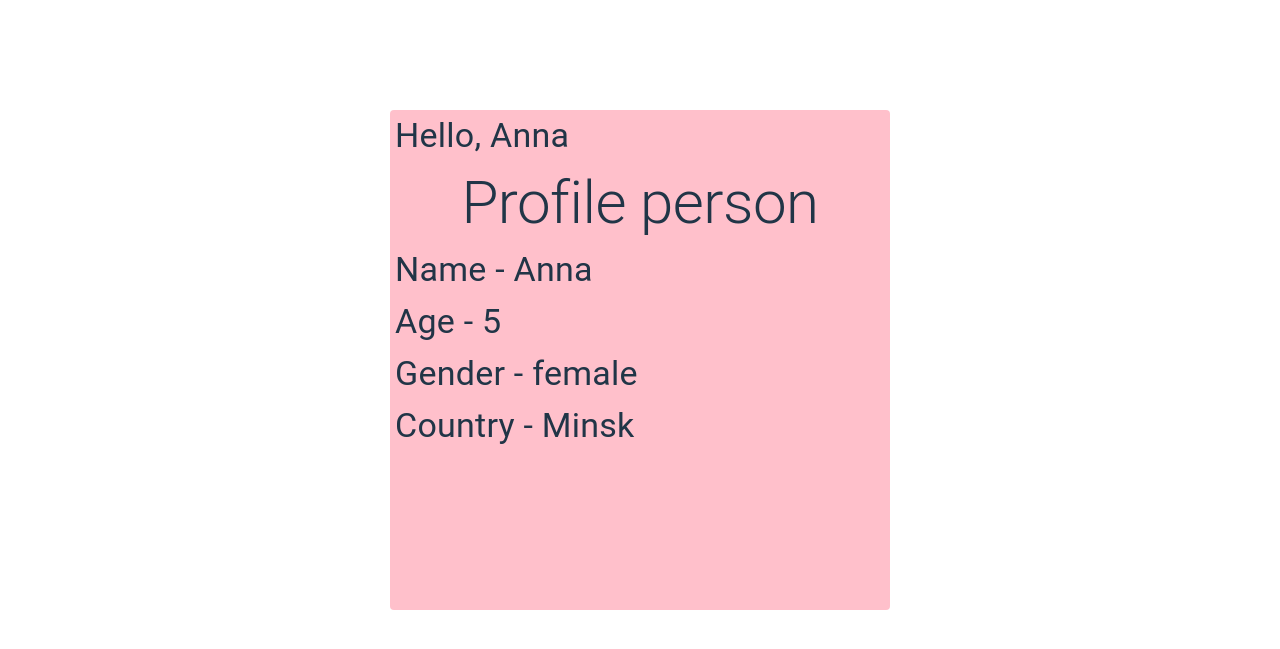
Repository: savannaaaas/props
Page: /
These files come from the project's save history. The page is drawn as it stood at one moment and after the next save; the edit follows.
The browser window is 1280 px wide. The pictures show the whole page.
The project was rebuilt for these pictures with package versions that can differ from the ones it lists, and the page was loaded fresh each time. Also part of the build but not shown: vite.config.js.

Above is the page before, as saved 2025-07-07 23:56:27.

### src/App.jsx
import "./App.css";
import Box from "@mui/material/Box";
import { Person1 } from "./components/Person1";
/**1. Создать 6 любых компонент.
2. В компоненты передать props следующих типов данных:
number
string
boolean
object
function
array
3. Использовать в компонентах каждый prop.
4. Сделать деструктуризацию props. */
function App() {
  const obj = { country: "Minsk" };
  const sayHello = (name) => ` Hello, ${name}`;
  return (
    <Box
      sx={{
        width: 500,
        height: 500,
        borderRadius: 1,
        bgcolor: "pink",
      }}
    >
      <Person1
        name={"Anna"}
        age={5}
        men={false}
        obj={obj}
        sayHello={sayHello}
      />
    </Box>
  );
}

export default App;

### src/components/Person1.jsx
import Typography from "@mui/material/Typography";
export const Person1 = ({ name, age, men, obj, sayHello }) => {
  return (
    <>
      <Typography variant="h4" align="left" style={{ padding: "5px" }}>
        {sayHello(name)}
      </Typography>
      <Typography variant="h2" align="center" style={{ padding: "5px" }}>
        Profile person
      </Typography>
      <Typography variant="h4" align="left" style={{ padding: "5px" }}>
        Name - {name}
      </Typography>
      <Typography variant="h4" align="left" style={{ padding: "5px" }}>
        Age - {age}
      </Typography>
      <Typography variant="h4" align="left" style={{ padding: "5px" }}>
        Gender - {men ? "men" : "female"}
      </Typography>
      <Typography variant="h4" align="left" style={{ padding: "5px" }}>
        Country - {obj.country}
      </Typography>
    </>
  );
};

Loaded but not shown: index.html (common file); src/main.jsx (common file); src/index.css (common file); src/App.css (common file)

After the next save:
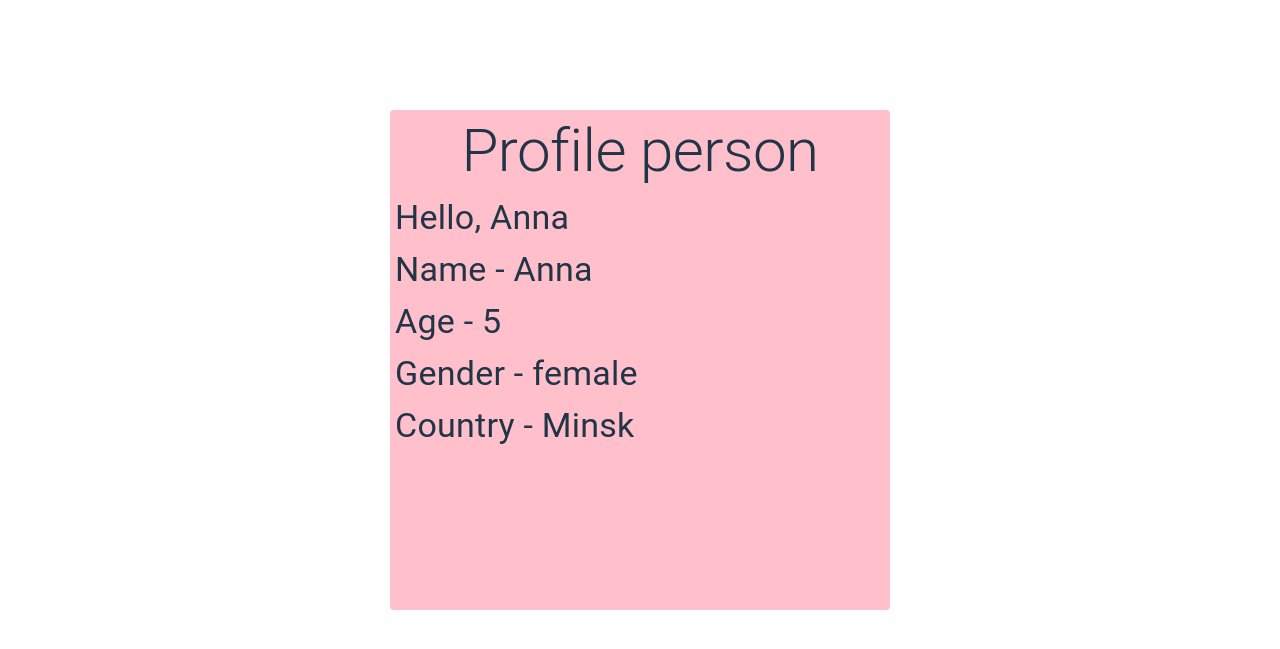
Saved 13 s later.
--- a/src/components/Person1.jsx
+++ b/src/components/Person1.jsx
@@ -2,12 +2,13 @@ import Typography from "@mui/material/Typography";
 export const Person1 = ({ name, age, men, obj, sayHello }) => {
   return (
     <>
+      <Typography variant="h2" align="center" style={{ padding: "5px" }}>
+        Profile person
+      </Typography>
       <Typography variant="h4" align="left" style={{ padding: "5px" }}>
         {sayHello(name)}
       </Typography>
-      <Typography variant="h2" align="center" style={{ padding: "5px" }}>
-        Profile person
-      </Typography>
+
       <Typography variant="h4" align="left" style={{ padding: "5px" }}>
         Name - {name}
       </Typography>
